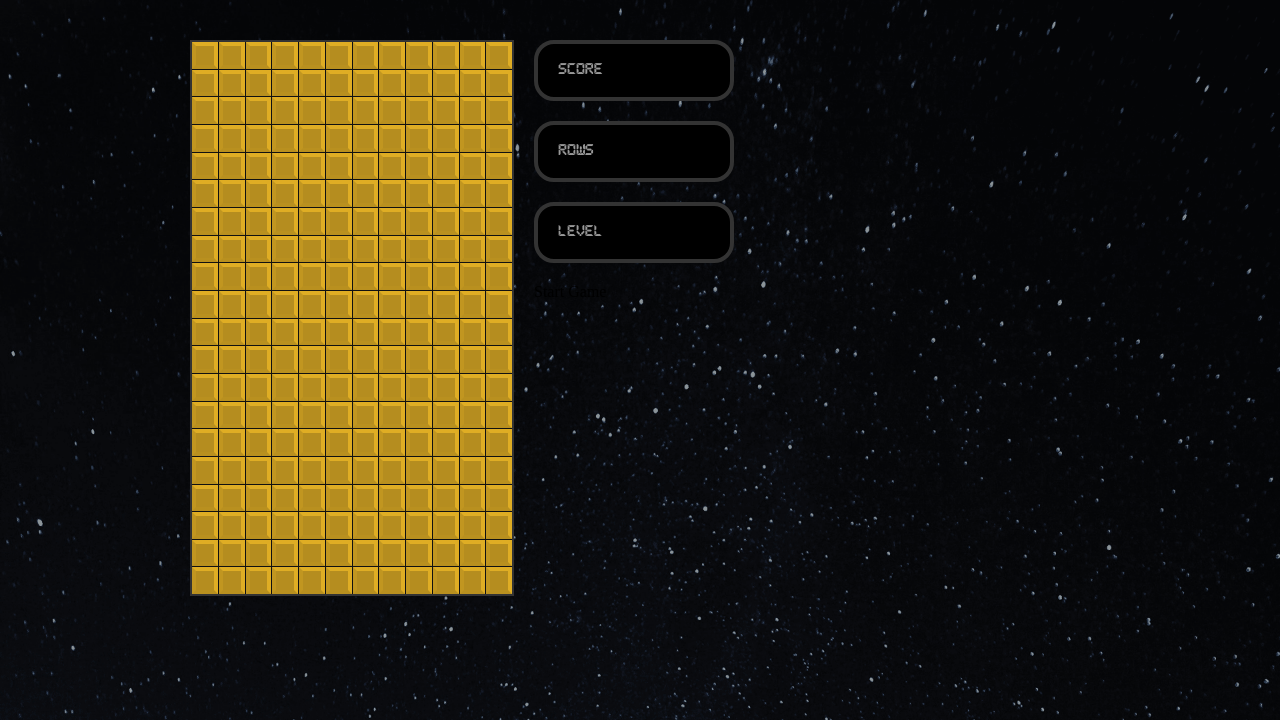
Repository: dpeshevski/reack-hooks-tetris
Page: /
The author's editor kept a copy of each file at every save. The page is drawn from the files as they stood at one save, then again after the next save.
The browser window is 1280 px wide. The pictures show the whole page.
The project was rebuilt for these pictures with package versions that can differ from the ones it lists, and the page was loaded fresh each time.

Above is the page before, as saved 2020-11-21 22:50:28.

### src/index.css
body {
  margin: 0;
}

@font-face {
  font-family: 'Pixel';
  src: url('font/Pixel-LCD-7.woff') format('woff');
}

### src/components/Tetris.js
import React from 'react';

import { createStage } from '../gameHelpers';
import { StyledTetrisWrapper, StyledTetris } from './styles/StyledTetris';
// Components
import Stage from './Stage';
import Display from './Display';
import StartButton from './StartButton';

const Tetris = () => {
  return (
    <StyledTetrisWrapper>
      <StyledTetris>
        <Stage stage={createStage()} />
        <aside>
          <div>
            <Display text="Score" />
            <Display text="Rows" />
            <Display text="Level" />
          </div>
          <StartButton />
        </aside>
      </StyledTetris>
    </StyledTetrisWrapper>
  )
};

export default Tetris;

### src/gameHelpers.js
export const STAGE_WIDTH = 12;
export const STAGE_HEIGHT = 20;

export const createStage = () =>
  Array.from(Array(STAGE_HEIGHT), () =>
    new Array(STAGE_WIDTH).fill([0, 'clear'])
  )

### src/components/styles/StyledTetris.js
import styled from 'styled-components';

import bgImage from '../../img/bg.png';

export const StyledTetrisWrapper = styled.div`
  width: 100vw;
  height: 100vh;
  background: url(${bgImage}) #000;
  background-size: cover;
  overflow: hidden;
`

export const StyledTetris = styled.div`
  display: flex;
  align-items: flex-start;
  padding: 40px;
  margin: 0 auto;
  max-width: 900px;
  aside {
    width: 100%;
    max-width: 200px;
    display: block;
    padding: 0 20px;
  }
`;

### src/components/Display.js
import React from 'react';
import { StyledDisplay } from './styles/StyledDisplay';


const Display = ({ gameOver, text }) => (
  <StyledDisplay gameOver={gameOver}>{text}</StyledDisplay>
);

export default Display;

### src/components/StartButton.js
import React from 'react';

const StartButton = ({ callback }) => (
  <div>Start Game</div>
);

export default StartButton;

### src/components/styles/StyledStage.js
import styled from 'styled-components';

export const StyledStage = styled.div`
  display: grid;
  grid-template-rows: repeat(${props => props.height}, calc(25vw / ${props => props.width}));
  grid-template-columns: repeat(${props => props.width}, 1fr);
  grid-gap: 1px;
  border: 2px solid #333;
  width: 100%;
  max-width: 25vw;
  background: #111;
`;

### src/components/Cell.js
import React from 'react';
import { StyledCell } from './styles/StyledCell';
import { TETROMINOS } from '../tetrominos';

const Cell = ({ type }) => (
  <StyledCell type={'L'} color={TETROMINOS['L'].color} />
);

export default Cell;

### src/components/styles/StyledDisplay.js
import styled from 'styled-components';


export const StyledDisplay = styled.div`
  box-sizing: border-box;
  display: flex;
  align-items: center;
  margin: 0 0 20px 0;
  padding: 20px;
  border: 4px solid #333;
  min-height: 30px;
  width: 100%;
  border-radius: 20px;
  color: ${props => (props.gameOver ? 'red' : '#999')};
  background: #000;
  font-family: Pixel, Arial, Helvetica, sans-serif;
  font-size: 0.8rem;
`;

### src/components/styles/StyledCell.js
import styled from 'styled-components';

export const StyledCell = styled.div`
  width: auto;
  background: rgba(${props => props.color}, 0.8);
  border: ${props => (props.type === 0 ? '0px solid' : '4px solid')};
  border-bottom-color: rgba(${props => props.color}, 0.1);
  border-right-color: rgba(${props => props.color}, 1);
  border-top-color: rgba(${props => props.color}, 1);
  border-left-color: rgba(${props => props.color}, 0.3);
`;

### src/tetrominos.js
export const TETROMINOS = {
  0: { shape: [[0]], color: '0, 0, 0' },
  I: {
    shape: [
      [0, 'I', 0, 0],
      [0, 'I', 0, 0],
      [0, 'I', 0, 0],
      [0, 'I', 0, 0]
    ],
    color: '80, 227, 230'
  },
  G: {
    shape: [
      [0, 'J', 0],
      [0, 'J', 0],
      ['J', 'J', 0]
    ],
    color: '36, 95, 223'
  },
  L: {
    shape: [
      [0, 'L', 0],
      [0, 'L', 0],
      [0, 'L', 'L']
    ],
    color: '223, 173, 36'
  },
  O: {
    shape: [
      ['O', 'O'],
      ['O', 'O'],
    ],
    color: '223, 217, 36'
  },
  S: {
    shape: [
      [0, 'S', 'S'],
      ['S', 'S', 0],
      [0, 0, 0]
    ],
    color: '48, 211, 56'
  },
  T: {
    shape: [
      [0, 0, 0],
      ['T', 'T', 'T'],
      [0, 'L', 0]
    ],
    color: '132, 61, 198'
  },
  Z: {
    shape: [
      ['Z', 'Z', 0],
      [0, 'Z', 'Z'],
      [0, 0, 0]
    ],
    color: '227, 78, 78'
  },
}

export const randomTetromino = () => {
  const tetrominos = 'IJLOSTZ';
  const randTetromino =
    tetrominos[Math.floor(Math.random() * tetrominos.length)];
  return TETROMINOS[randTetromino];
}

### src/components/styles/StyledStartButton.js
import styled from 'styled-components';

export const StyledStartButton = styled.div`
  box-sizing: border-box;
  margin: 0 0 20px 0;
  padding: 20px;
  min-height: 30px;
  width: 100px;
  border-radius: 20px;
  border: none;
  color: white;
  background: #333;
  font-family: Pixel, Arial, Helvetica, sans-serif;
  font-size: 1rem;
  outline: none;
  cursor: pointer;
`;

Loaded but not shown: public/index.html (common file); src/index.js (common file); src/App.js (common file); src/reportWebVitals.js (common file); src/components/Stage.js (common file)

After the next save:
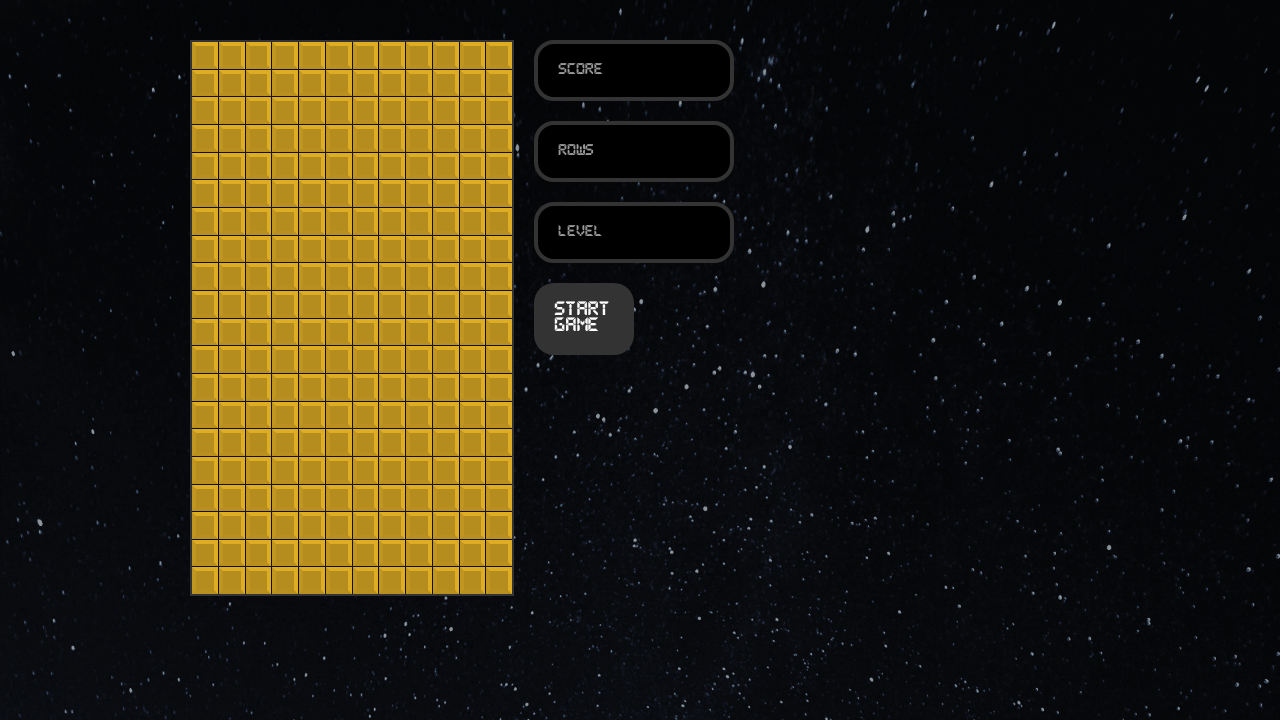
Saved 38 s later.
--- a/src/components/StartButton.js
+++ b/src/components/StartButton.js
@@ -1,7 +1,8 @@
 import React from 'react';
+import { StyledStartButton } from './styles/StyledStartButton';
 
 const StartButton = ({ callback }) => (
-  <div>Start Game</div>
+  <StyledStartButton onClick={callback}>Start Game</StyledStartButton>
 );
 
 export default StartButton;
